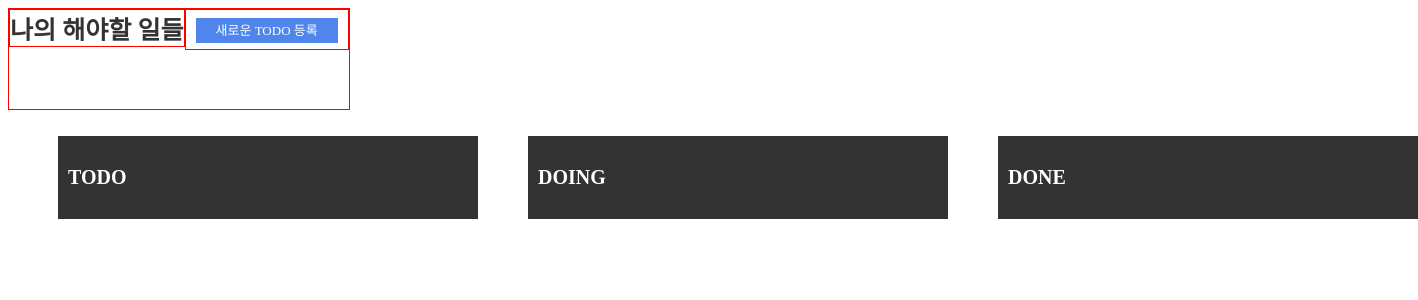
Repository: estellechoi/jsp-project-todo
Page: http://localhost/todo/MainServlet
The author's editor kept a copy of each file at every save. The page is drawn from the files as they stood at one save, then again after the next save.
The browser window is 1280 px wide. The page is 1418 px wide, so the pictures cover 1418 px, including what lies to the right of the window. The pictures show the whole page.
The page is served by Tomcat 9. Other server files are loaded and not shown. Queries for data that is not in the repository find no rows.

Above is the page before, as saved 2019-12-08 08:09:08.

### todo/src/main/webapp/jsp/main.jsp
<%@page import="kr.co.todo.dto.TodoDto"%>
<%@page import="java.util.List"%>
<%@ page language="java" contentType="text/html; charset=UTF-8"
    pageEncoding="UTF-8"%>
<%@ taglib prefix="c" uri="http://java.sun.com/jsp/jstl/core" %>

<!DOCTYPE html>
<html>
<head>
<meta charset="UTF-8">
<title>나의 해야할 일들</title>
<style>
	section {
		display: flex;
	}

	ul {
		margin-left: 10px;
	}

	li {
		list-style-type: none;
		margin-top: 10px;
	}

	header {
  		height: 100px;
/*  		padding: 20px 20px 20px 20px; */
		border: 1px solid red;
		display: inline-block;
		vertical-align: middle;
	}

	#header_logo {
		color: #333333;
		font-weight: bold;
		font-size: 25px;
		float: left;
		border: 1px solid red;
	}

	#header_btns {
		float: right;
		padding: 10px;
		border: 1px solid red;
	}

	#header_btns > #btn_skyblue_white {
		background: #5085EB;
		color: white;
		padding: 5px 20px;
		text-decoration: none;
		font-size: 13px;
	}

	.type_columns {
		width: 400px;
		padding: 30px 10px;
		background: #333333;
		color: white;
		font-size: 20px;
		font-weight: bold;
	}

	.content_list {
		position: relative;
		width: 400px;
		padding: 20px 10px;
		background: #d2d2d2;
		color: #333333;
	}

	.title {
		font-weight: bold;
		letter-spacing: 2px;
	}

	.content {
		font-size: 13px;
		margin-top: 20px;
	}
	.btn_update {
		position: absolute;
		top: 50px;
		left: 370px;
		text-decoration: none;
		color: #333333;
		font-weight: bold;
	}
	.btn_delete {
		position: absolute;
		top: 50px;
		left: 370px;
		text-decoration: none;
		color: #ED6653;
		font-weight: bold;
	}

</style>
</head>
<body>
	<header>
		<div id="header_logo">나의 해야할 일들</div>
		<nav id="header_btns">
			<a id="btn_skyblue_white" href="TodoFormServlet">새로운 TODO 등록</a>
		</nav>
	</header>
	<!-- section 시작  -->
	<section>
		<!-- TODO -->
		<ul id="todo">
			<li class="type_columns">TODO</li>
			<c:forEach items="${requestScope.getTodos}" var="todoDto">
				<!-- todoDto.type 이 'TODO' 인 것만 출력 -->
				<c:if test="${todoDto.type eq 'TODO'}">
					<li class="content_list" id="${todoDto.id}">
						<span class="title">${todoDto.title}</span> <br />
						<span class="content">등록날짜 : ${todoDto.regDate}, ${todoDto.name}, 우선순위 ${todoDto.sequence}</span>
						<a class="btn_update" href="javascript:updateType('${todoDto.id}', '${todoDto.type}')">변경</a>
					</li>
				</c:if>
			</c:forEach>
		</ul>
		<!-- DOING -->
		<ul id="doing">
			<li class="type_columns">DOING</li>
			<c:forEach items="${requestScope.getTodos}" var="todoDto">
				<!-- 'DOING' 인 것만 출력 -->
				<c:if test="${todoDto.type eq 'DOING'}">
					<li class="content_list" id="${todoDto.id}">
						<span class="title">${todoDto.title}</span> <br />
						<span class="content">등록날짜 : ${todoDto.regDate}, ${todoDto.name}, 우선순위 ${todoDto.sequence}</span>
						<a class="btn_update" href="javascript:updateType('${todoDto.id}', '${todoDto.type}')">완료</a>
					</li>
				</c:if>
			</c:forEach>
		</ul>
		<!-- DONE -->
		<ul id="done">
			<li class="type_columns">DONE</li>
			<c:forEach items="${requestScope.getTodos}" var="todoDto">
				<!-- 'DONE' 인 것만 -->
				<c:if test="${todoDto.type eq 'DONE'}">
					<li class="content_list" id="${todoDto.id}">
						<span class="title">${todoDto.title}</span> <br />
						<span class="content">등록날짜 : ${todoDto.regDate}, ${todoDto.name}, 우선순위 ${todoDto.sequence}</span>
						<a class="btn_delete" href="javascript:updateType('${todoDto.id}', '${todoDto.type}')">지우기</a>
					</li>
				</c:if>
			</c:forEach>
		</ul>
	</section>
	<!-- js 경로를 찾을 때 ContextPath 넣지 않는 방법은 ? -->
	<script type="text/javascript" src="<%=request.getContextPath()%>/etc/updatelist.js"></script>
</body>
</html>

### todo/src/main/java/kr/co/todo/servlet/MainServlet.java
package kr.co.todo.servlet;

import java.io.IOException;
import java.sql.SQLException;
import java.util.List;

import javax.servlet.RequestDispatcher;
import javax.servlet.ServletException;
import javax.servlet.annotation.WebServlet;
import javax.servlet.http.HttpServlet;
import javax.servlet.http.HttpServletRequest;
import javax.servlet.http.HttpServletResponse;

import kr.co.todo.dao.TodoDao;
import kr.co.todo.dto.TodoDto;

@WebServlet("/MainServlet")
public class MainServlet extends HttpServlet {
	private static final long serialVersionUID = 1L;

	public MainServlet() {
		super();

	}

	protected void doGet(HttpServletRequest request, HttpServletResponse response)
			throws ServletException, IOException {

		TodoDao todoDao = new TodoDao();

		// 모든 레코드 조회
		List<TodoDto> list = todoDao.getTodos();
		request.setAttribute("getTodos", list);

		// main.jsp 로 포워드 하기
		RequestDispatcher requestDispatcher = request.getRequestDispatcher("/jsp/main.jsp");
		requestDispatcher.forward(request, response);

	}

}

### todo/src/main/java/kr/co/todo/dao/TodoDao.java
package kr.co.todo.dao;

import java.sql.Connection;
import java.sql.DriverManager;
import java.sql.PreparedStatement;
import java.sql.ResultSet;
import java.sql.SQLException;
import java.sql.Statement;
import java.util.ArrayList;
import java.util.List;

import kr.co.todo.dto.TodoDto;

public class TodoDao {

	String dbUrl = "jdbc:mysql://localhost:3306/youjin?useSSL=false&serverTimezone=UTC&autoReconnection=true";
	String dbUser = "estellechoi";
	String dbPwd = "yk0425";

	// Main.jsp 에 표시될 전체 toto 목록
	public List<TodoDto> getTodos() {

		// 드라이버 로드
		try {
			Class.forName("com.mysql.cj.jdbc.Driver");
		} catch (ClassNotFoundException e) {
			e.printStackTrace();
		}

		List<TodoDto> list = new ArrayList<TodoDto>();

		String sql = "select id, name, regdate, sequence, title, type from todo";

		try (Connection conn = DriverManager.getConnection(dbUrl, dbUser, dbPwd);
				Statement stmt = conn.createStatement()){

			try (ResultSet rs = stmt.executeQuery(sql)) {
				while (rs.next()) {
					TodoDto todoDto = new TodoDto(rs.getInt("id"), rs.getString("name"), rs.getString("regdate"), rs.getInt("sequence"), rs.getString("title"), rs.getString("type"));
					list.add(todoDto);
				}
			}
			catch (Exception e) {
				e.printStackTrace();
			}
		}
		catch (Exception e) {
			e.printStackTrace();
		}

		return list;
	}

	// 할 일 등록
	public int addTodo(TodoDto todoDto) {

		try {
			Class.forName("com.mysql.cj.jdbc.Driver");
		} catch (ClassNotFoundException e) {
			e.printStackTrace();
		}

		int insertCount = 0;
		String sql = "insert into todo(title, name, sequence, regdate) values(?,?,?, now())";

		try (Connection conn = DriverManager.getConnection(dbUrl, dbUser, dbPwd);
			PreparedStatement pstmt = conn.prepareStatement(sql)) {
				pstmt.setString(1, todoDto.getTitle());
				pstmt.setString(2, todoDto.getName());
				pstmt.setInt(3, todoDto.getSequence());
				insertCount = pstmt.executeUpdate(); // CREATE / DROP 관련 구문에서는 -1 을 반환
		}
		// what about nullpointerexception ?
		catch (SQLException e) {
			e.printStackTrace();
		}

		return insertCount;
	}

	public int updateTodo(TodoDto todoDto) {

		try {
			Class.forName("com.mysql.cj.jdbc.Driver");
		} catch (ClassNotFoundException e) {
			e.printStackTrace();
		}

		int updateCount = 0;
		String sql = "update todo set type = ? where id = ?";

		try (Connection conn = DriverManager.getConnection(dbUrl, dbUser, dbPwd);
				PreparedStatement pstmt = conn.prepareStatement(sql)){
			pstmt.setString(1, todoDto.getType());
			pstmt.setLong(2, todoDto.getId());
			updateCount = pstmt.executeUpdate();
		} catch (SQLException e) {
			e.printStackTrace();
		}

		return updateCount;
	}

	public int deleteTodo(long id) {
		try {
			Class.forName("com.mysql.cj.jdbc.Driver");
		} catch (ClassNotFoundException e) {
			e.printStackTrace();
		}

		int deleteCount =0;
		String sql = "delete from todo where id = " + id;

		try (Connection conn = DriverManager.getConnection(dbUrl, dbUser, dbPwd);
				Statement stmt = conn.createStatement()){
			deleteCount = stmt.executeUpdate(sql);
		}
		catch (SQLException e) {
			e.printStackTrace();
		}

		return deleteCount;
	}
}

### todo/src/main/webapp/etc/updatelist.js
/**
 *
 */

	function updateType(id, type) {

		var oReq = new XMLHttpRequest(); // oReq.UNSENT == 0

		// 이벤트 리스너 콜백함수 등록
		/*
		oReq.addEventListener("load", function() {
			if (this.responseText == "success") {
				// 프론트 처리
			}
		});
		*/

		// onreadystatechange 대신에 onload를 사용해도 됩니다. 요청 완료만 잡아내도 된다면요.
		oReq.onreadystatechange = function() {
			if (oReq.readyState == oReq.DONE) { // 요청이 완료되면 (oReq.DONE == 4)
				if (oReq.status == 200 || oReq.status == 201) {
					if (oReq.responseText == "success") {
						// responseText : 현재까지 읽은 응답의 전체 값을 반환
						// 프론트 처리
						alert(oReq.responseText);
						// 리스트 재정렬 함수 호출
						updateList(id, type);
					}
				}
				else {
					console.error(this.responseText);
				}
			}
		}

		oReq.open("GET", "TodoTypeServlet?id=" + id + "&type=" + type); // oReq.OPENED == 1
		oReq.send(); // oReq.HEADERS_RECEIVED (2) -> LOADING (3) -> DONE (4)
	}

	function updateList(id, type) {
		const targetList = document.getElementById(id);

		switch(type) {
		case "TODO" :
			document.querySelector("#todo").removeChild(targetList);
			document.querySelector("#doing").append(targetList);
			break;
		case "DOING" :
			document.querySelector("#doing").removeChild(targetList);
			document.querySelector("#done").append(targetList);
			break;
		case "DONE" :
			document.querySelector("#done").removeChild(targetList);
			break;
		default:
			break;

		}
	}

After the next save:
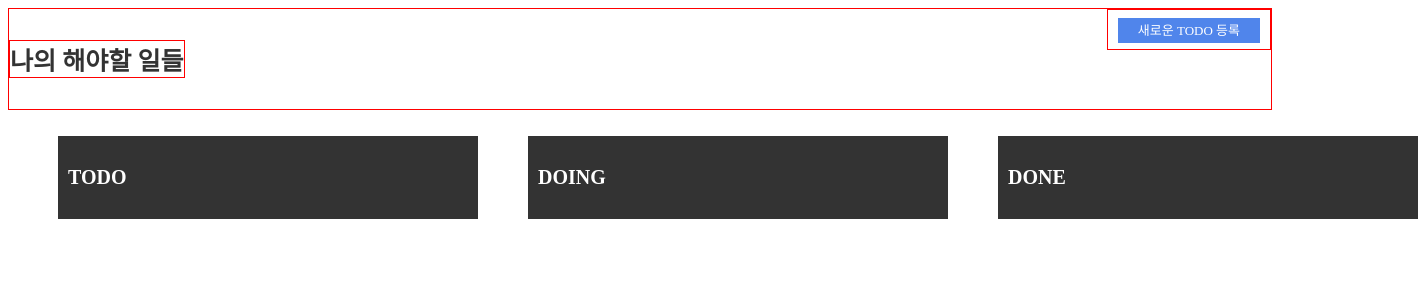
Saved 3 min 37 s later.
--- a/todo/src/main/webapp/jsp/main.jsp
+++ b/todo/src/main/webapp/jsp/main.jsp
@@ -27,8 +27,6 @@
   		height: 100px;
 /*  		padding: 20px 20px 20px 20px; */
 		border: 1px solid red;
-		display: inline-block;
-		vertical-align: middle;
 	}
 
 	#header_logo {
@@ -37,6 +35,9 @@
 		font-size: 25px;
 		float: left;
 		border: 1px solid red;
+		position: relative;
+		top: 50%;
+		transform: translateY(-50%);
 	}
 
 	#header_btns {
